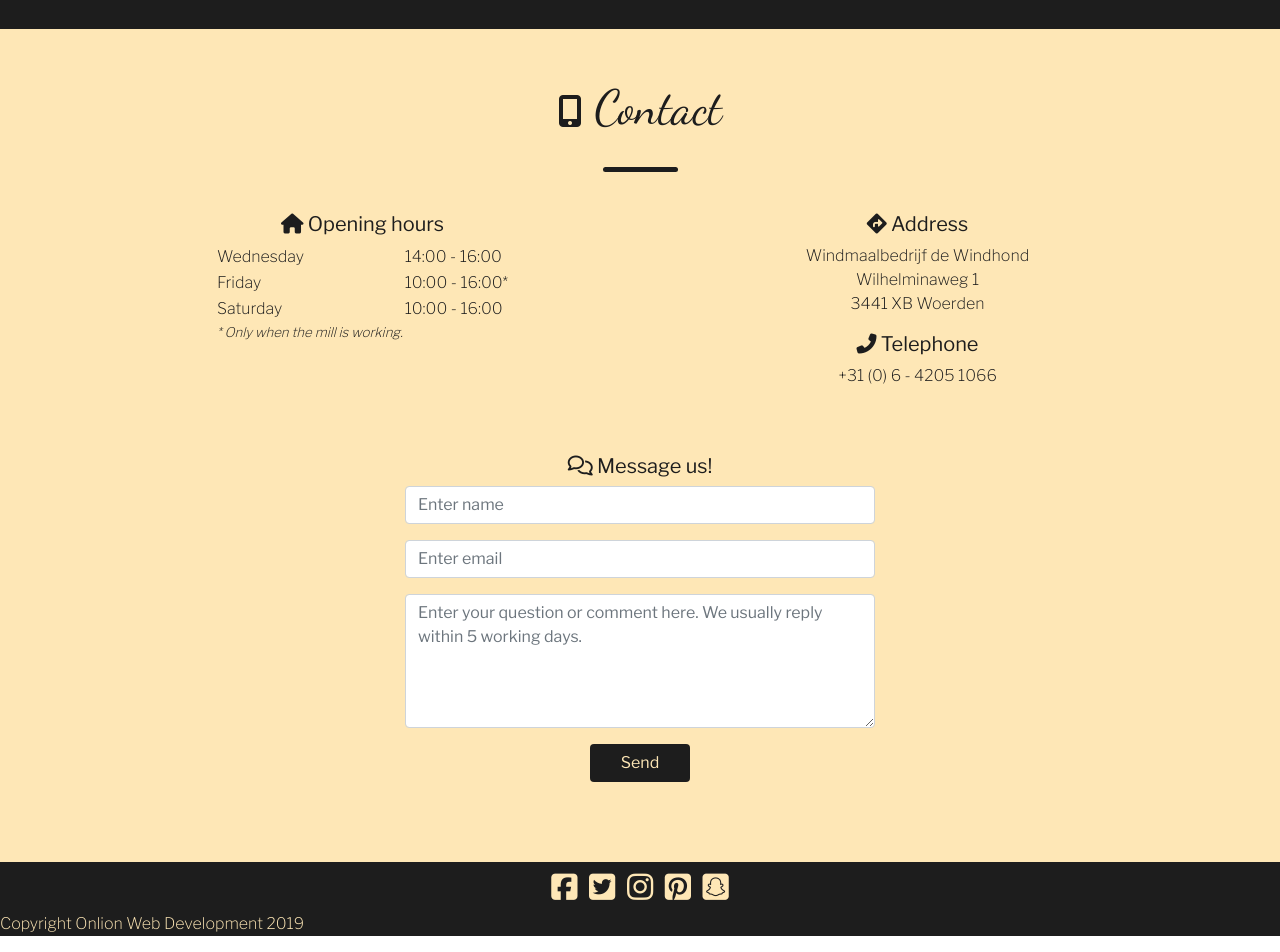
Repository: jdl208/DeWindhond
Page: index.html
The author's editor kept a record of every edit. The page is drawn from the files as they stood at one moment, then again after the next edit.
The browser window is 1280 px wide. The pictures show the part of the page from y = 2408 to 3360 px (the page is 3360 px tall before and 3353 px after).
Some web libraries are served in a nearby version.

Above is the page before.

After the next edit:
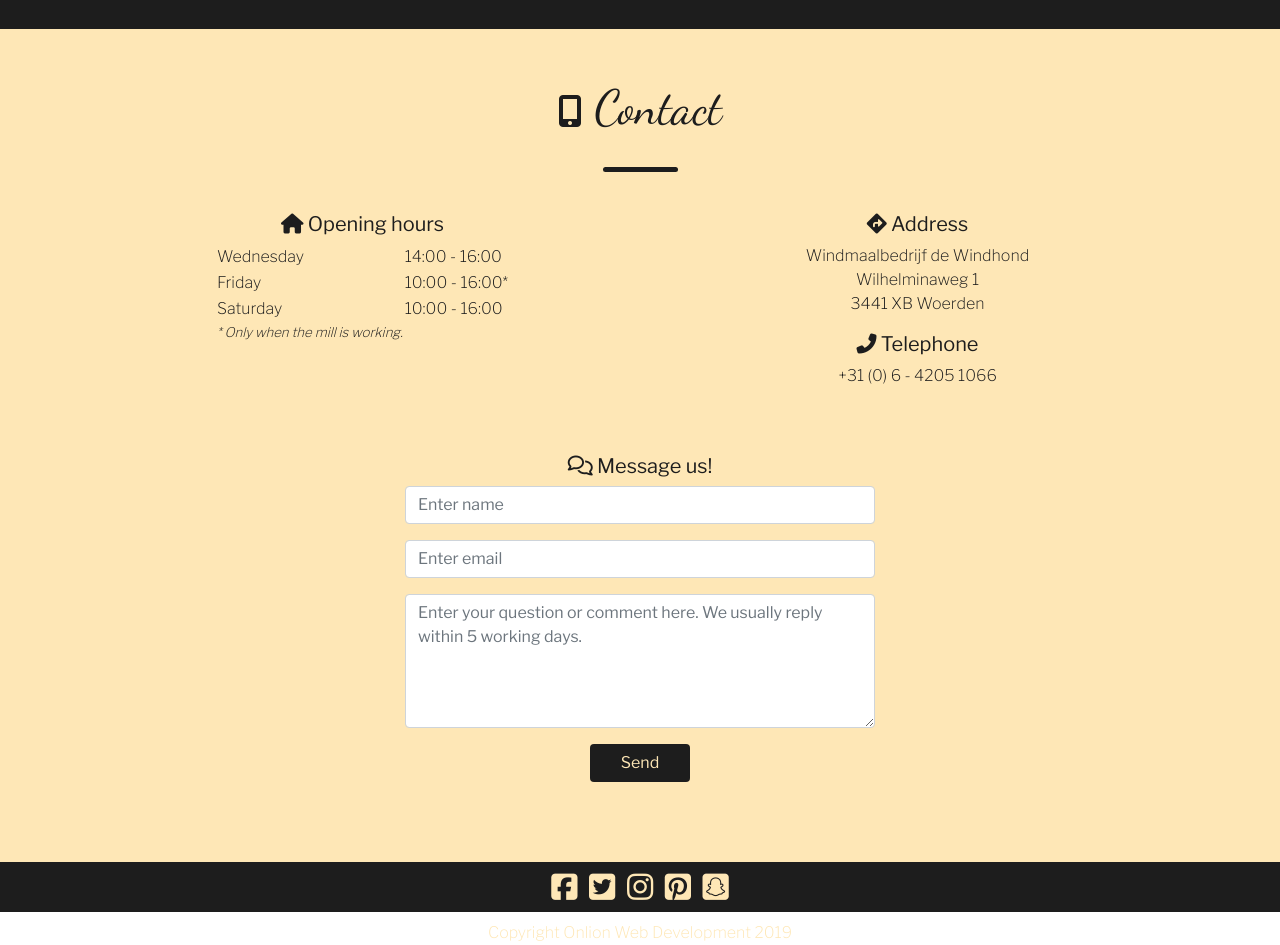
The edit:
--- a/index.html
+++ b/index.html
@@ -193,8 +193,8 @@
             </div>
     </section>
 
-    <footer class="dark-bg">
-        <div class="row footer">
+    <footer class="dark-bg footer">
+        <div class="row">
             <div class="col-12">
                 <ul class="list-inline">
                     <li class="list-inline-item"><a class="light-link" href="https://www.facebook.com/windmaalbedrijfdewindhond?pnref=story"><i class="fab fa-facebook-square socialicon"></i></a></li>
